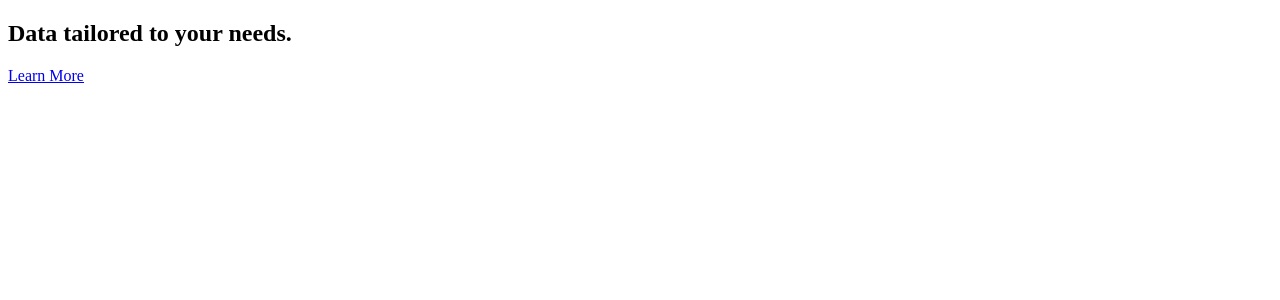
Repository: Arkitecth/landing_page
Page: starter-code/index.html
The author's editor kept a copy of each file at every save. The page is drawn from the files as they stood at one save, then again after the next save.
The browser window is 1280 px wide. The pictures show the whole page.

Above is the page before, as saved 2023-05-20 21:55:30.

### starter-code/index.html
<!DOCTYPE html>
<html lang="en">
<head>
  <meta charset="UTF-8">
  <meta http-equiv="X-UA-Compatible" content="IE=edge">
  <meta name="viewport" content="width=device-width, initial-scale=1.0">
  <title>Work-it | Landing Page</title>
</head>
<body>
  <header>
    <div class="container">
      <nav>
        <h1>Data <span>tailored</span> to your needs.</h1>
        <a class="btn-primary"href="#">Learn More</a>
      </nav>
    </div>
  </header>
</body>
</html>

After the next save:
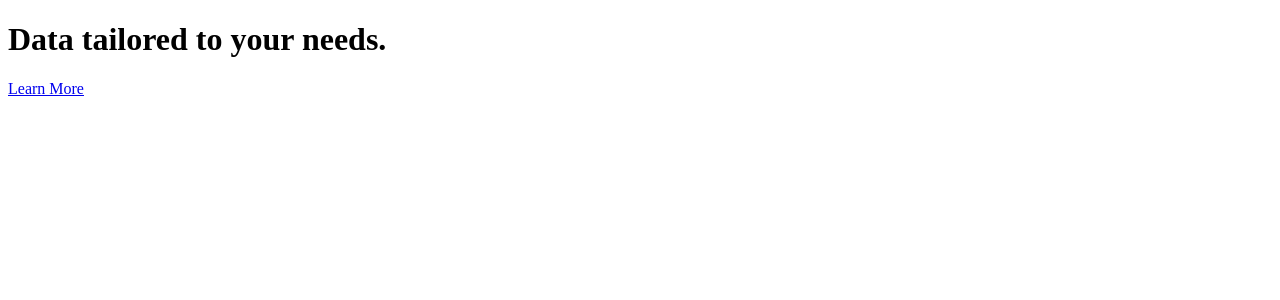
Saved 17 s later.
--- a/starter-code/index.html
+++ b/starter-code/index.html
@@ -10,9 +10,10 @@
   <header>
     <div class="container">
       <nav>
-        <h1>Data <span>tailored</span> to your needs.</h1>
-        <a class="btn-primary"href="#">Learn More</a>
+
       </nav>
+      <h1>Data <span>tailored</span> to your needs.</h1>
+      <a class="btn-primary"href="#">Learn More</a>
     </div>
   </header>
 </body>
